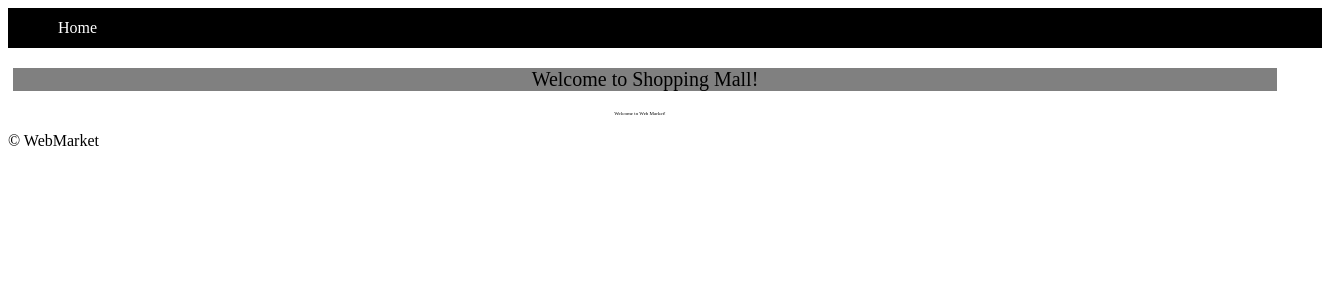
Repository: sunyeongan/Univ_lecture
Page: http://localhost/week7_jsp/ex5.jsp
The author's editor kept a copy of each file at every save. The page is drawn from the files as they stood at one save, then again after the next save.
The browser window is 1280 px wide. The page is 1322 px wide, so the pictures cover 1322 px, including what lies to the right of the window. The pictures show the whole page.
The page is served by Tomcat 9.

Above is the page before, as saved 2022-04-14 03:03:49.

### WebSever_2022/work/week7/week7_jsp/src/main/webapp/ex5.jsp
<%@ page language="java" contentType="text/html; charset=EUC-KR"
    pageEncoding="EUC-KR"%>
<!DOCTYPE html>
<html>
<head>
<meta charset="EUC-KR">
<title>Insert title here</title>
<style>
	div{
		text-align : center;
		margin-left : 5px;
		margin-right : 5px;
	}
	.site{
		width : 100%;
		height : 40px;
		line-height : 40px;
		background-color : black;
		padding-left : 50px;
	}
	.main{
		width : 100%;
		height : 10%;
		background-color : grey;
		font-size : 20px;

	}
	.mid{
		font-size : 5px;

	}
	.bar{
		color:white;
		text-decoration : none;
	}

</style>
</head>
<body>

<nav class="site">
	<a class ="bar" href="./환영.jsp">Home</a>
</nav>


<div class="main">
	<p>Welcome to Shopping Mall!</p>
</div>


<div class = "mid">
	<p>Welcome to Web Market!</p>
</div>


<footer class="">
<p>&copy; WebMarket</p>
</footer>
</body>
</html>

After the next save:
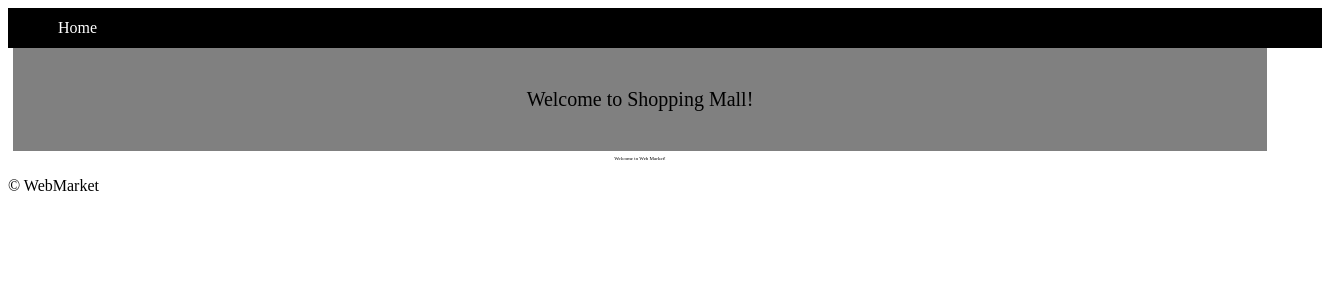
Saved 57 s later.
--- a/WebSever_2022/work/week7/week7_jsp/src/main/webapp/ex5.jsp
+++ b/WebSever_2022/work/week7/week7_jsp/src/main/webapp/ex5.jsp
@@ -19,10 +19,10 @@
 		padding-left : 50px;
 	}
 	.main{
-		width : 100%;
-		height : 10%;
+		padding : 20px 0;
 		background-color : grey;
 		font-size : 20px;
+		text-align : center;
 
 	}
 	.mid{
